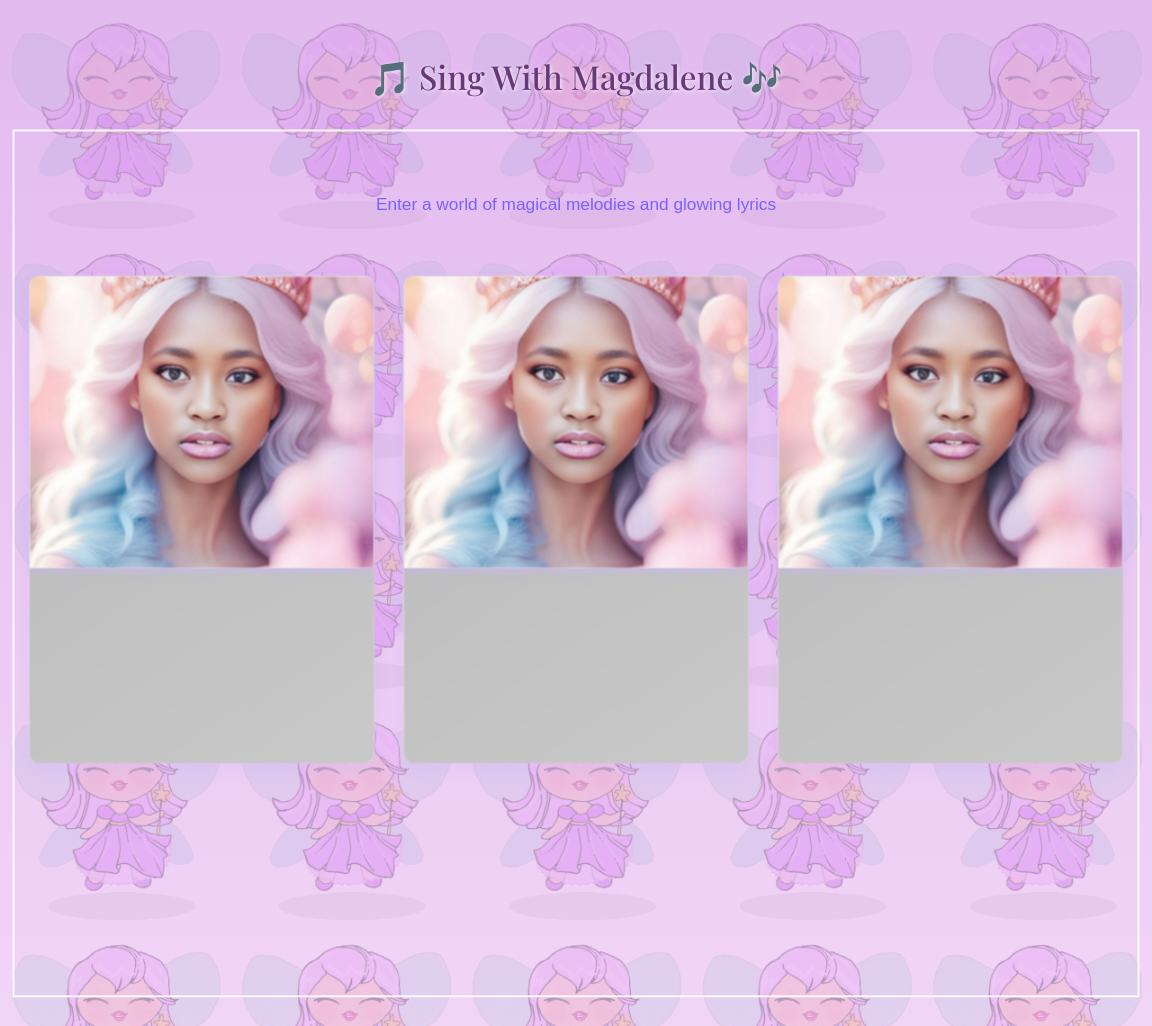
Repository: VladimirGagarin/Meg
Page: /
These files come from the project's save history. The page is drawn as it stood at one moment and after the next save; the edit follows.
The browser window is 1280 px wide. The pictures show the whole page, at 90% of full size.
The project was rebuilt for these pictures with package versions that can differ from the ones it lists, and the page was loaded fresh each time. Also part of the build but not shown: vite.config.js, src/components/Controls.jsx, src/pages/SongScreen.css, src/components/lyricsCard.jsx, src/pages/SongScreen.jsx. Imported but missing from the stored project, and not drawn on this page: src/assets/audios/IamMagdalene.mp3, src/assets/audios/The beginning.mp3, src/assets/audios/meg.mp3.

Above is the page before, as saved 2025-07-07 13:13:12.

After the next save:
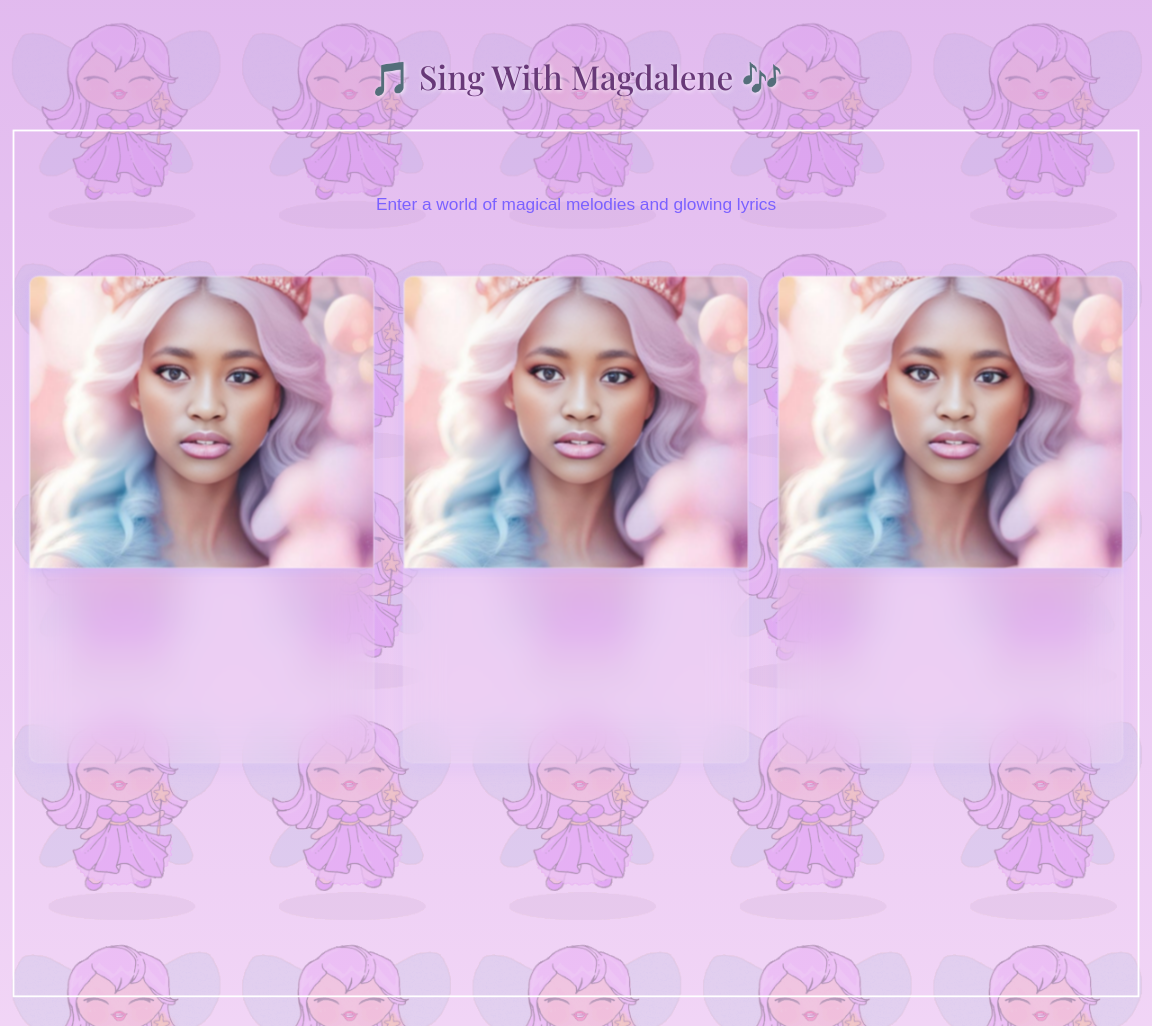
Saved 47 s later.
--- a/src/components/SongCard.css
+++ b/src/components/SongCard.css
@@ -12,7 +12,6 @@
 
   .song-card {
     position: relative;
-    background: linear-gradient(145deg, #bab9ba, #cac9c9);
     border: 2px solid rgba(190, 160, 255, 0.4);
     border-radius: 1.5rem;
     text-align: center;
